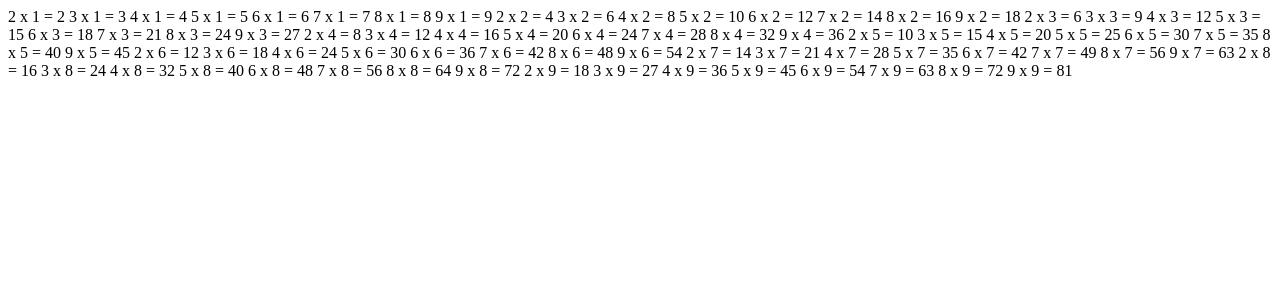
Repository: 5anniversary/JSPhw
Page: http://localhost/lecture1/gugu2.jsp
The author's editor kept a copy of each file at every save. The page is drawn from the files as they stood at one save, then again after the next save.
The browser window is 1280 px wide. The pictures show the whole page.
The page is served by Tomcat 9. Other server files are loaded and not shown.

Above is the page before, as saved 2020-04-11 12:08:45.

### lecture1/WebContent/gugu2.jsp
<%@ page language="java" contentType="text/html; charset=UTF-8"
	pageEncoding="UTF-8"%>
<!DOCTYPE html>
<html>
<style>
table {
	border: 1px solid;
	border-collapse: collapse;
}
tr, td {
	border: 1px solid;
	padding: 5px;
}
</style>
<head>
<meta charset="UTF-8">
<title>Insert title here</title>
</head>
<body>
<table>
	<%
		for (int i = 1; i < 10; i++) {
			out.println("<tr>");
			for (int j = 2; j < 10; j++) {
				out.println(
					j + " x " + i + " = " + (i * j) + "</td>"
				);
			}
			out.println("</tr>");
		}
	%>
</table>
</body>
</html>

After the next save:
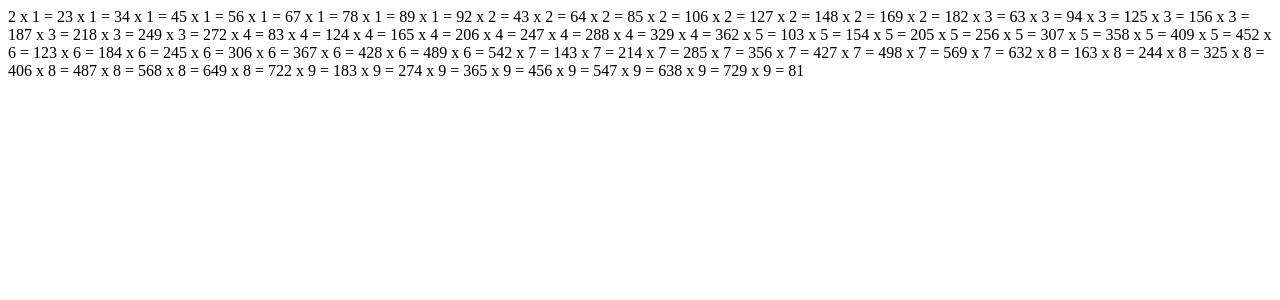
Saved 37 s later.
--- a/lecture1/WebContent/gugu2.jsp
+++ b/lecture1/WebContent/gugu2.jsp
@@ -20,13 +20,11 @@ tr, td {
 <table>
 	<%
 		for (int i = 1; i < 10; i++) {
-			out.println("<tr>");
 			for (int j = 2; j < 10; j++) {
 				out.println(
-					j + " x " + i + " = " + (i * j) + "</td>"
+					"<tr>"+ j + " x " + i + " = " + (i * j) + "</tr>"
 				);
 			}
-			out.println("</tr>");
 		}
 	%>
 </table>
